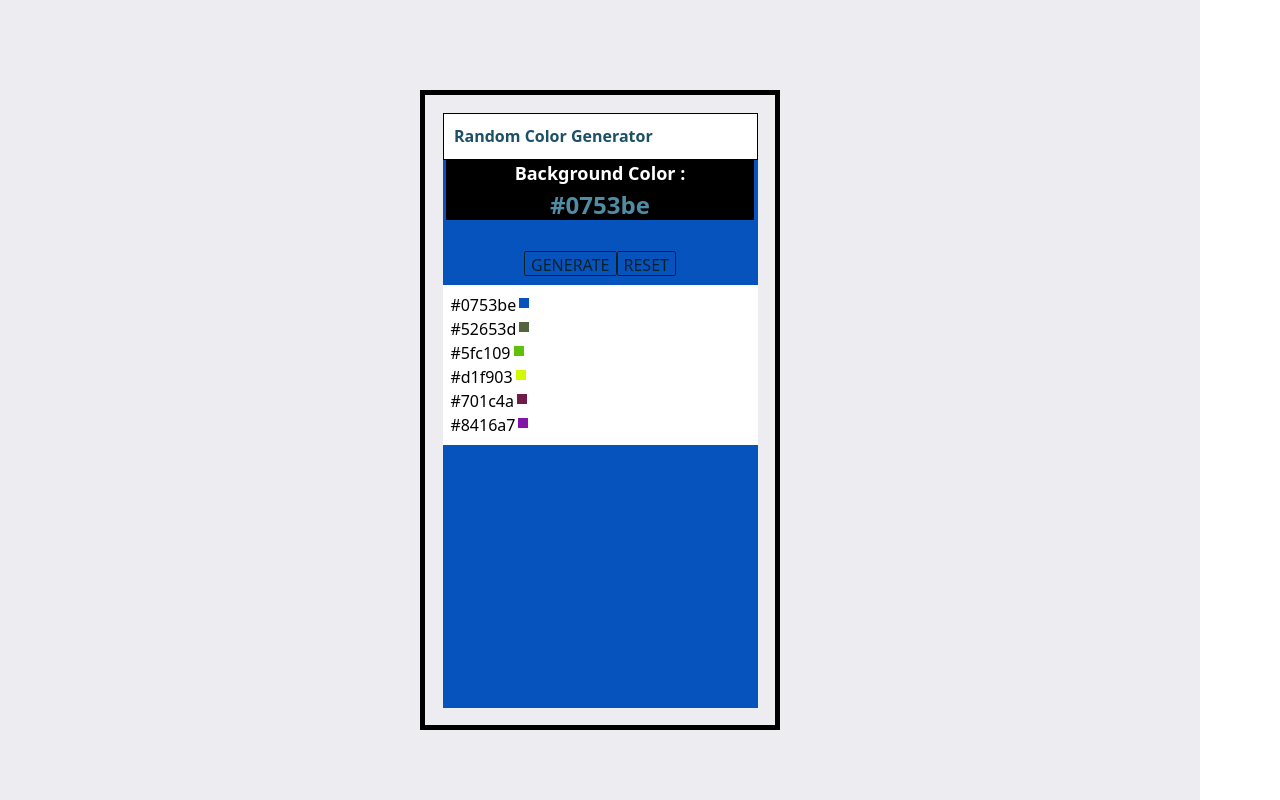
Repository: Sarah7223/internet-programming-tp
Page: TP4/TP04.4.html
These files come from the project's save history. The page is drawn as it stood at one moment and after the next save; the edit follows.
The browser window is 1280 px wide. The pictures show the whole page.

Above is the page before, as saved 2023-02-03 10:07:20.

### TP4/TP04.4.html
<!DOCTYPE html>
    <head>
        <style>
            .background1{
                display: flex;
                width: 1200px;
                height: 800px;
                align-items: center;
                justify-content: center;
                flex-direction: column;
                background-color: #ededf1;
            }
           .rectangle{
                display: flex;
                position: relative;
                width: 30%;
                height: 80%;
                align-items: center;
                justify-content: center;
                flex-direction: column;
                border: solid black 5px;
                background-color: #ededf1;
                margin-top: 20px;
            }
            .title{
                margin-bottom: 0;
                margin-left: 5%;
                margin-right: 5%;
                margin-top: 5%;
                color: #1c5065;
                width: -webkit-fill-available;
                height: 50px;
                border: solid rgb(0, 0, 0) 1px;
                background-color: #FFFFFF;
                padding: 3%;
                font-weight: bold;
            }
            #menu-container{
                height: 100%;
                width: -webkit-fill-available;
                margin-bottom: 5%;
                margin-left: 5%;
                margin-right: 5%;
                margin-top: 0;
            }
            .main-text{
                background-color: black;
                width: -webkit-fill-available;
                height: 60px;
                margin-bottom: 10%;
                margin-left: 1%;
                margin-right: 1%;
            }
            .back-color{
                color: #FFFFFF;
                font-weight: bold;
                font-size: large;
                text-align: center;
            }
            #color{
                color:#508CA4;
                font-weight: bold;
                font-size: x-large;
                text-align: center;
            }
            .buttons{
                display:flex;
                justify-content: center;
                margin-bottom: 3%;
            }
            .button{
                text-align: center;
                color: #08222a;
                border: solid #08222a 1px;
                border-radius: 2px;
                height: 25px;
            }
            .button:hover{
                background-color: #000000;
                color: #FFFFFF;
            }
            #list-color{
                background-color: #FFFFFF;
                color: #000000;
                height: fit-content;
                width:-webkit-fill-available;
                padding: 2.5%;
            }
            .item{
                display: flex;
            }
        </style>
        <link href="https://cdn.jsdelivr.net/npm/bootstrap@5.3.0-alpha1/dist/css/bootstrap.min.css" rel="stylesheet" integrity="sha384-GLhlTQ8iRABdZLl6O3oVMWSktQOp6b7In1Zl3/Jr59b6EGGoI1aFkw7cmDA6j6gD" crossorigin="anonymous">
    </head>

    <body>
        <div class="background1">
            <div class="rectangle">
            <div class="title">Random Color Generator</div>
            <div id="menu-container">
                <div class="main-text">
                    <div class="back-color">Background Color :</div>
                    <div id="color"></div>
                </div>
                <div class="buttons">
                    <button class="button" id="generate">GENERATE</button>
                    <button class="button" id="reset">RESET</button>
                </div>
                <div id="list-color">hello</div>
            </div>
        </div>

        <script src="https://cdn.jsdelivr.net/npm/bootstrap@5.3.0-alpha1/dist/js/bootstrap.bundle.min.js" integrity="sha384-w76AqPfDkMBDXo30jS1Sgez6pr3x5MlQ1ZAGC+nuZB+EYdgRZgiwxhTBTkF7CXvN" crossorigin="anonymous"></script>
        <script>
            class Color {
            colorType = ''
            records = []

            constructor(type,rec) {
                this.colorType = type;
                this.records = rec;
            }
            generate(){
                this.reset();
                for(let i=0;i<6;i++){
                var hex = c.getRandomNumber().toString(16);
                while (hex.length < 6) {
                    hex = "0" + hex;
                }
                this.records.push(hex);
                }
                this.colorType="#"+this.records[0];
                localStorage.setItem("records", JSON.stringify({values:this.records}))
            }

            getRandomNumber(){
                return Math.floor(Math.random()*16777215)
            }

            getRecords(){
                return this.records;
            }

            reset(){
                this.colorType = '';
                this.records = [];
                localStorage.removeItem("records");
            }
           }
           if(localStorage.getItem("records")===null){
                var c = new Color();
                c.generate();
           }else{
            let rec = JSON.parse(localStorage.getItem("records"))
                var c = new Color("#"+rec.values[0],rec.values);
           }
           document.getElementById("generate").addEventListener("click",e =>{
                c.generate();
                console.log(c.getRecords());
                console.log(c.colorType);
                document.getElementById("color").innerHTML=c.colorType;
                document.getElementById("menu-container").style.backgroundColor=c.colorType;
                document.getElementById("generate").style.backgroundColor=c.colorType;
                document.getElementById("reset").style.backgroundColor=c.colorType;
                var listHtml="";
                c.getRecords().forEach(elt=>{
                listHtml+=`<div class="item" id=${elt}>
                        <span>#${elt}</span>
                        <span style="background-color:#${elt};width:10px;height:10px;margin-left: 3px;margin-top: 5px;"></span>
                    </div>`
                });
                document.getElementById("list-color").innerHTML=listHtml;
                c.getRecords().forEach(elt=>{
                document.getElementById(elt).addEventListener("click",e=>{
                    console.log(elt);
                    c.colorType = "#"+elt;
                    document.getElementById("color").innerHTML=c.colorType;
                    document.getElementById("menu-container").style.backgroundColor=c.colorType;
                    document.getElementById("generate").style.backgroundColor=c.colorType;
                    document.getElementById("reset").style.backgroundColor=c.colorType;
                });
           });
           });
           document.getElementById("reset").addEventListener("click",e=>{
                c.reset();
                console.log("rec",c.getRecords());
                console.log(c.colorType);
                document.getElementById("color").innerHTML=c.colorType;
                document.getElementById("menu-container").style.backgroundColor=c.colorType;
                document.getElementById("generate").style.backgroundColor=c.colorType;
                document.getElementById("reset").style.backgroundColor=c.colorType;
                var listHtml="";
                document.getElementById("list-color").innerHTML=listHtml;
                localStorage.removeItem("records");
           });
           console.log(c.getRecords());
           console.log(c.colorType);
           document.getElementById("color").innerHTML=c.colorType;
           document.getElementById("menu-container").style.backgroundColor=c.colorType;
           document.getElementById("generate").style.backgroundColor=c.colorType;
           document.getElementById("reset").style.backgroundColor=c.colorType;
           var listHtml="";
           c.getRecords().forEach(elt=>{
                listHtml+=`<div class="item" id=${elt}>
                        <span>#${elt}</span>
                        <span style="background-color:#${elt};width:10px;height:10px;margin-left: 3px;margin-top: 5px;"></span>
                    </div>`
           });
           document.getElementById("list-color").innerHTML=listHtml;
           c.getRecords().forEach(elt=>{
            document.getElementById(elt).addEventListener("click",e=>{
                    console.log(elt);
                    c.colorType = "#"+elt;
                    document.getElementById("color").innerHTML=c.colorType;
                    document.getElementById("menu-container").style.backgroundColor=c.colorType;
                    document.getElementById("generate").style.backgroundColor=c.colorType;
                    document.getElementById("reset").style.backgroundColor=c.colorType;
                });
           });
        </script>

    </body>
</html

After the next save:
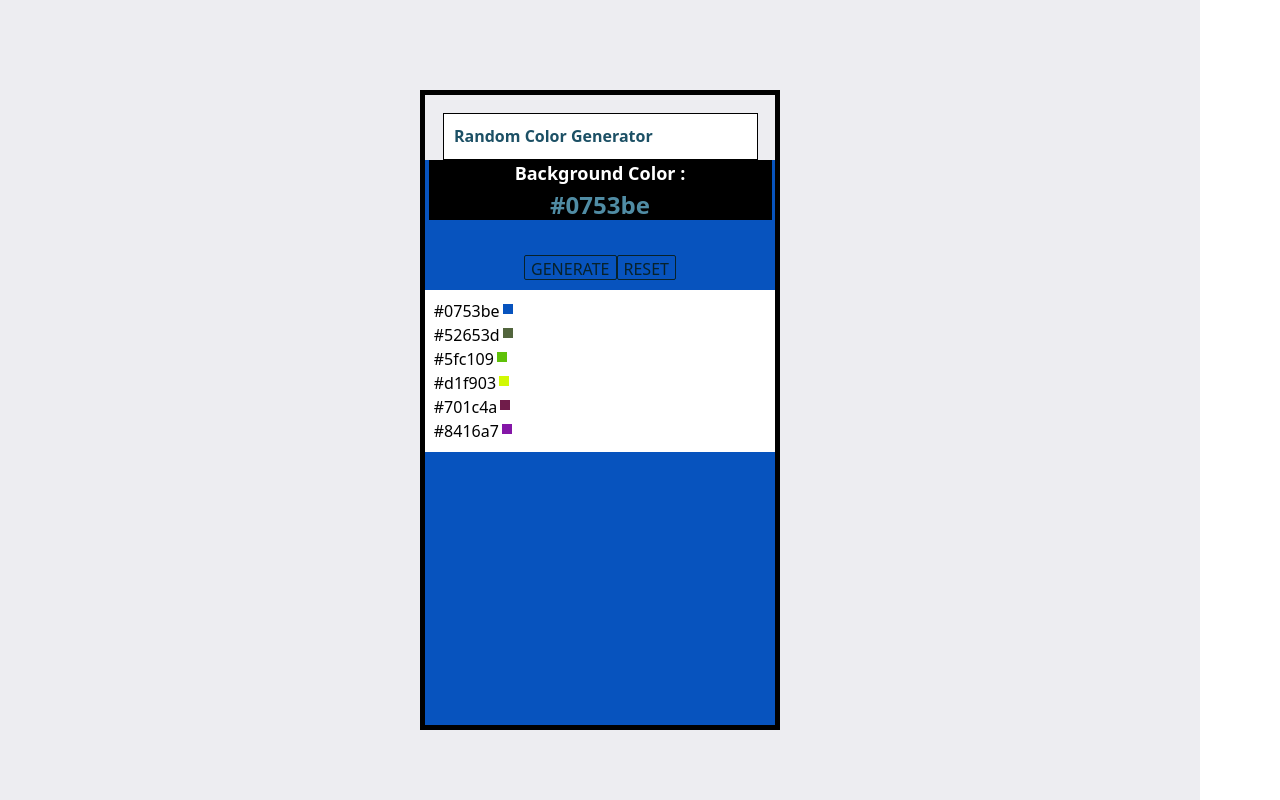
Saved 17 s later.
--- a/TP4/TP04.4.html
+++ b/TP4/TP04.4.html
@@ -38,10 +38,6 @@
             #menu-container{
                 height: 100%;
                 width: -webkit-fill-available;
-                margin-bottom: 5%;
-                margin-left: 5%;
-                margin-right: 5%;
-                margin-top: 0;
             }
             .main-text{
                 background-color: black;

After the 2 saves that followed:
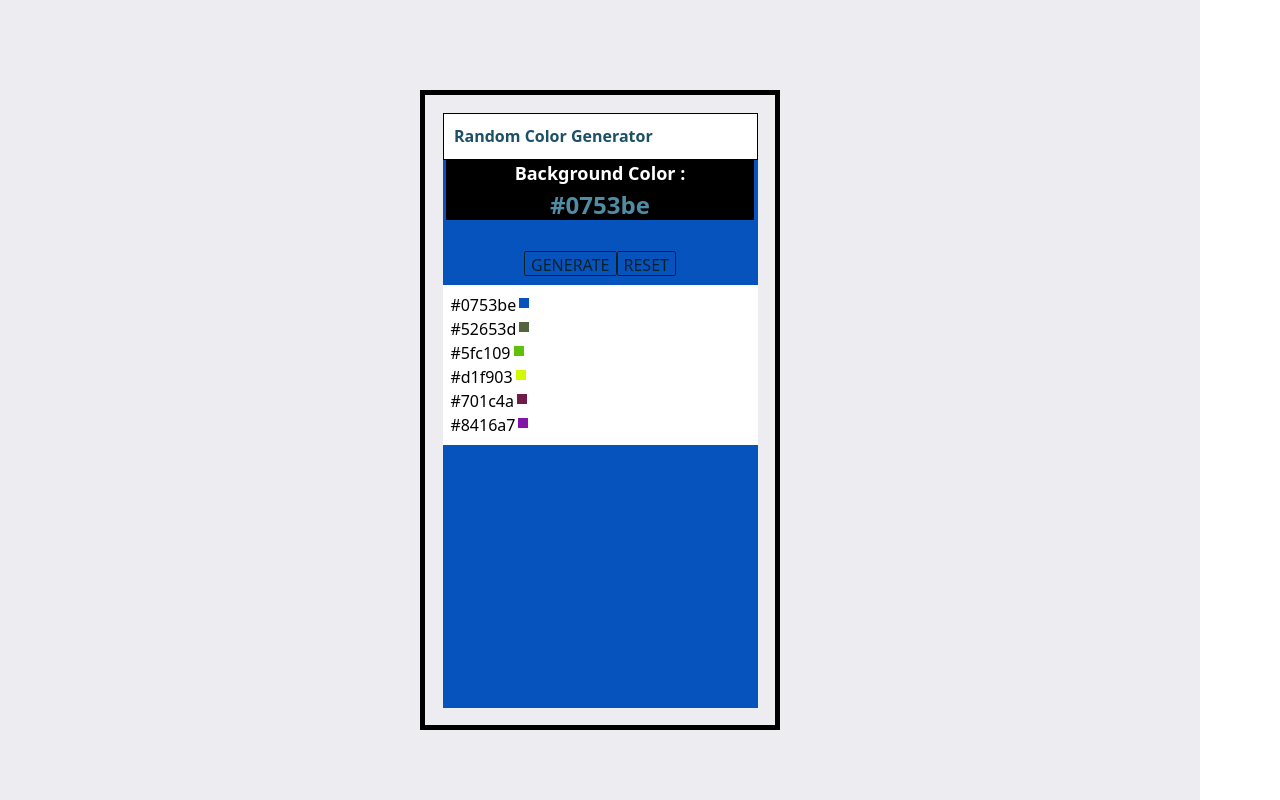
The 2 saves are shown as one change because they came seconds apart.
The last was saved 10 s later.
--- a/TP4/TP04.4.html
+++ b/TP4/TP04.4.html
@@ -38,6 +38,9 @@
             #menu-container{
                 height: 100%;
                 width: -webkit-fill-available;
+                margin-bottom: 5%;
+                margin-left: 5%;
+                margin-right: 5%;
             }
             .main-text{
                 background-color: black;
